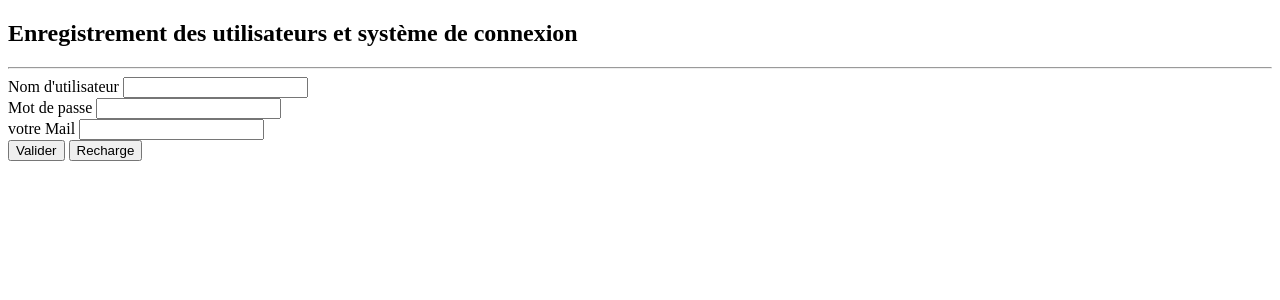
Repository: clairedupuich/serv_drone
Page: http://localhost/test copy.php
These files come from the project's save history. The page is drawn as it stood at one moment and after the next save; the edit follows.
The browser window is 1280 px wide. The pictures show the whole page.
The page is run by PHP 8.4 with error messages shown; the project is at /var/www/html/.

Above is the page before, as saved 2021-06-01 20:56:12.

After the next save:
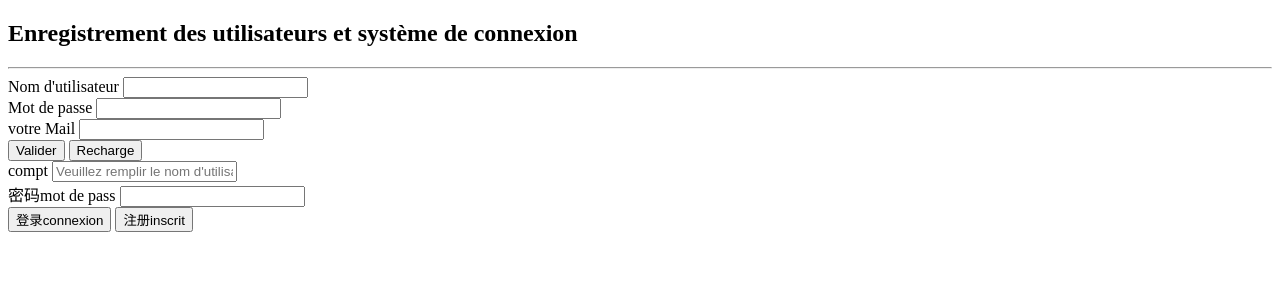
Saved 74 s later.
--- a/test copy.php
+++ b/test copy.php
@@ -73,6 +73,16 @@
                 <input type="reset" name="cancel" value="Recharge">
         </form>
 
+        <form action="login_process.php" method="POST">
+        compt
+        <input type="text" name="userName" size="20" maxlength="15" placeholder="Veuillez remplir le nom d'utilisateur">
+        <br>
 
+        密码mot de pass
+        <input type="password" name="password" size="20" maxlength="15">
+        <br>
+        <input type="submit" value="登录connexion">
+        <input type="button" onclick="window.location.href='register.html'" value="注册inscrit">
+    </form>
 
 </html>
